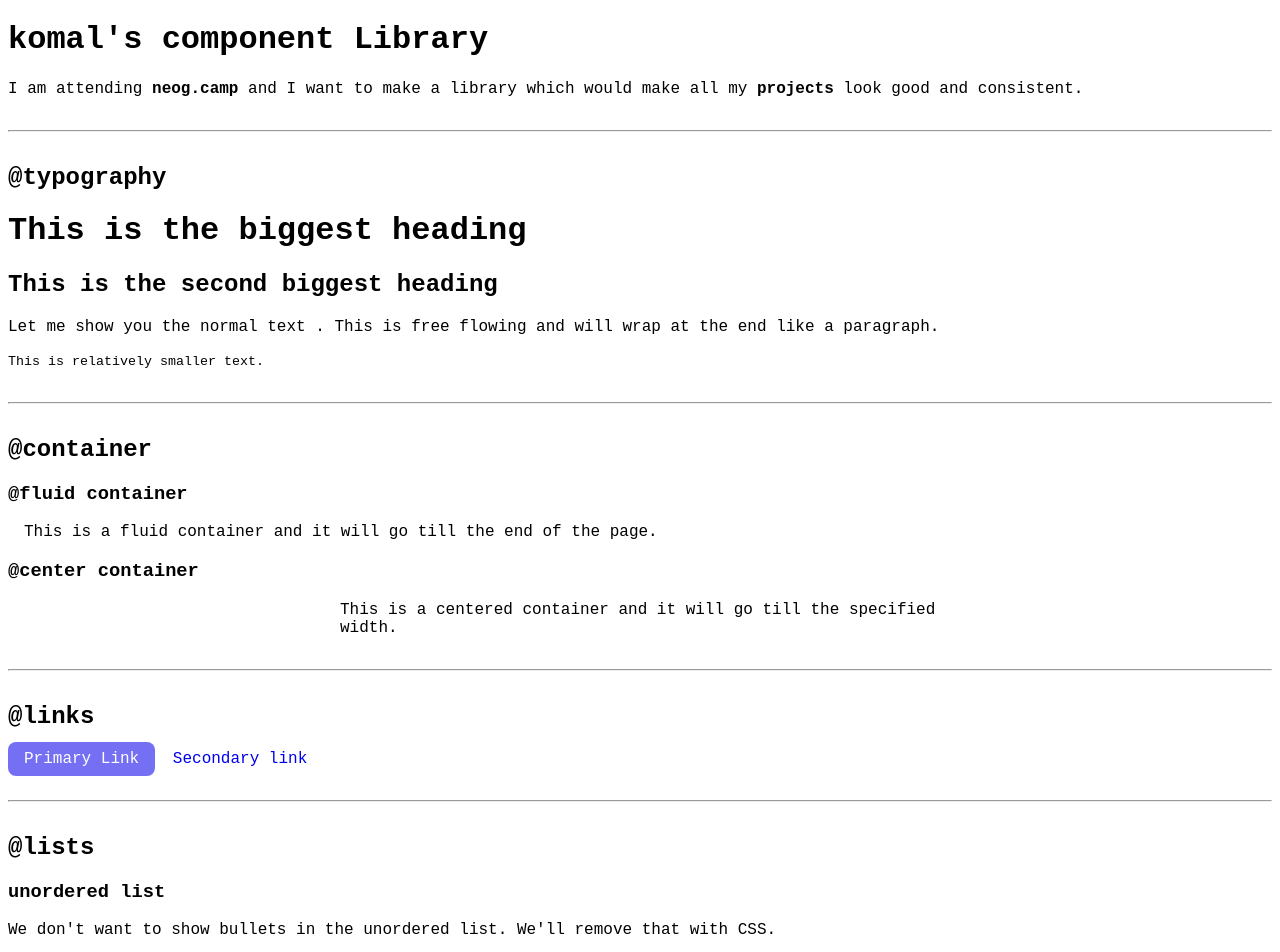
Repository: nihalani20/KomalNihalani-Portfolio
Page: index.html
These files come from the project's save history. The page is drawn as it stood at one moment and after the next save; the edit follows.
The browser window is 1280 px wide. The pictures show the part of the page from y = 0 to 952 px (the page is 2919 px tall before and 2635 px after).
A picture or video elsewhere on the page could not be fetched, so the positions and the page height are approximate.

Above is the page before, as saved 2023-11-01 10:29:05.

After the next save:
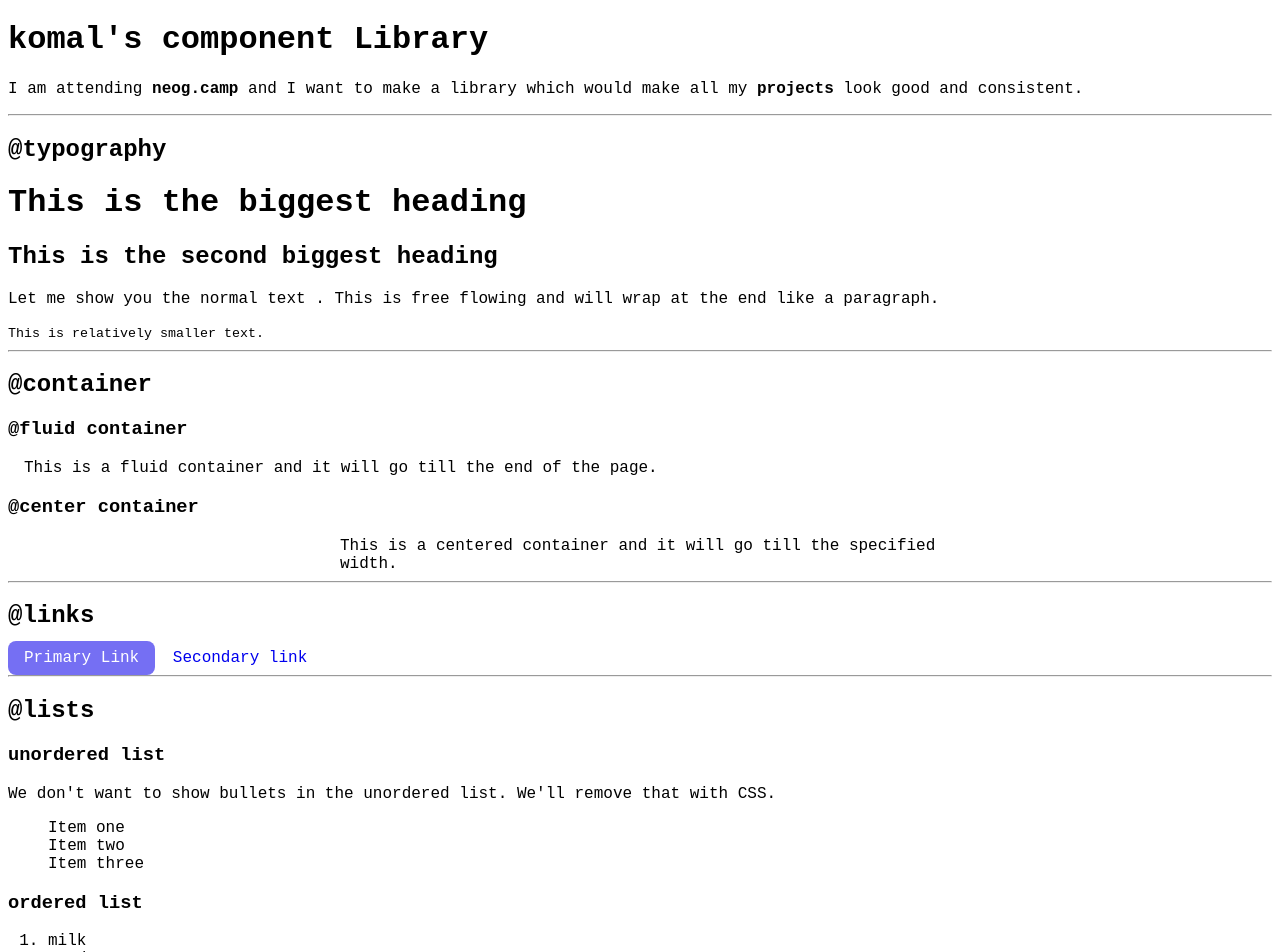
Saved 8 s later.
--- a/style.css
+++ b/style.css
@@ -51,7 +51,7 @@
 }
 
 /* .link-secondary */
-{
+/* { */
     color: var(--primary-color);
     border-radius: 0.5rem;
     border: 1px solid

After the save that followed:
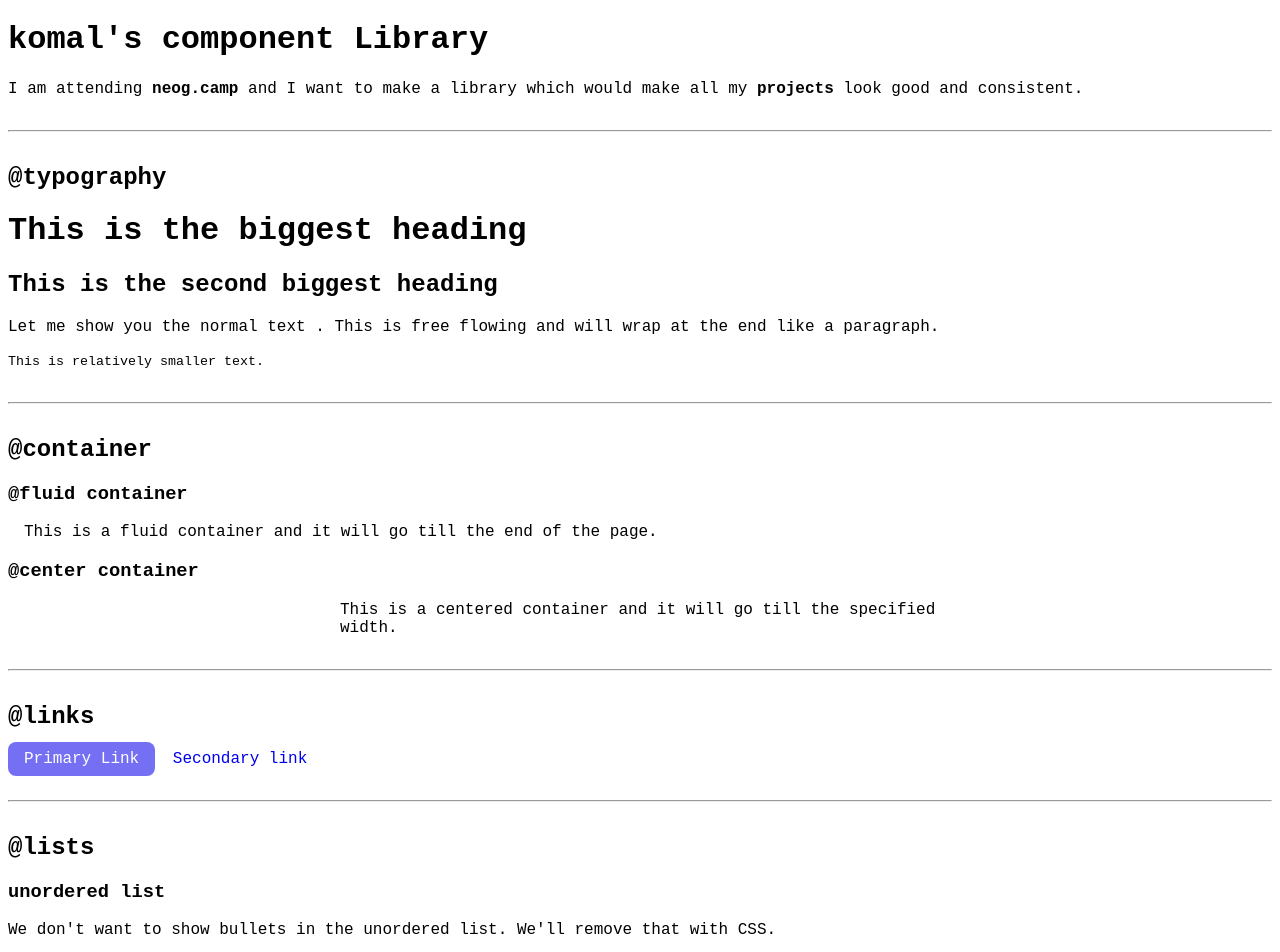
Saved 6 s later.
--- a/style.css
+++ b/style.css
@@ -51,7 +51,7 @@
 }
 
 /* .link-secondary */
-/* { */
+{
     color: var(--primary-color);
     border-radius: 0.5rem;
     border: 1px solid
